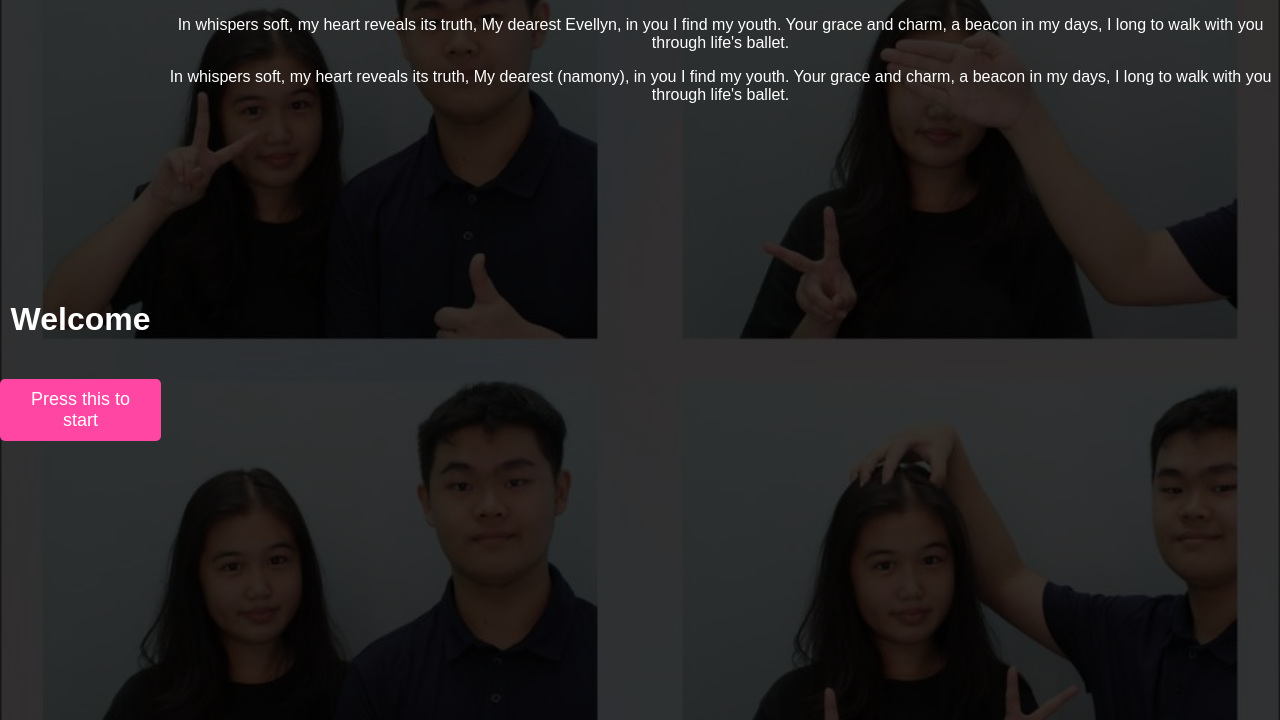
Repository: SnakeXrnt/project-cnf
Page: index.html
These files come from the project's save history. The page is drawn as it stood at one moment and after the next save; the edit follows.
The browser window is 1280 px wide. The pictures show the whole page.
Some web fonts or font styles are not loaded; a fallback is used.

Above is the page before, as saved 2024-06-22 15:49:54.

### index.html
<!DOCTYPE html>
<html lang="en">
<head>
    <meta charset="UTF-8">
    <meta name="viewport" content="width=device-width, initial-scale=1.0">
    <title>This is for u !</title>
    <link rel="apple-touch-icon" sizes="180x180" href="/apple-touch-icon.png">
    <link rel="icon" type="image/png" sizes="32x32" href="/favicon-32x32.png">
    <link rel="icon" type="image/png" sizes="16x16" href="/favicon-16x16.png">
    <link rel="manifest" href="/site.webmanifest">
    <link rel="stylesheet" href="style.css">
    <script src="script.js"></script>
</head>
<body>
    <div class="greetings1">
        <h1>Welcome</h1>
        <button class="to-grettings2">Press this to start</button>
    </div>
    <div class="greetings2" style="display: none;">
        <h1>Hi, Mrs Evellyn Jade!</h1>
        <p>days pass and time flies yet in this moment my heart yearns just to spew its desires and now after all these times i just wanna say...</p>
        <div class="loading-container">
            <div class="loading-bar"></div>
        </div>
    </div>

    <div class="filling" style="display: none;">
        <div class="lyric1"></div>
    </div>

    <div class="filling2" style="display: none;">
        <div class="photos">
            <img src="image/1.jpg" alt="Photoooo" class="photo1">
            <img src="image/2.jpg" alt="Photoooo" class="photo2">
            <img src="image/3.jpg" alt="Photoooo" class="photo3">
            <img src="image/4.jpg" alt="Photoooo" class="photo4">
            <img src="image/5.jpg" alt="Photoooo" class="photo5">
            <img src="image/6.jpg" alt="Photoooo" class="photo6">
            <img src="image/7.jpg" alt="Photoooo" class="photo7">
            <img src="image/8.jpg" alt="Photoooo" class="photo8">
            <img src="image/9.jpg" alt="Photoooo" class="photo9">
            <img src="image/10.jpg" alt="Photoooo" class="photo10">
            <img src="image/11.jpg" alt="Photoooo" class="photo11">
        </div>

        <button class="to-filling3">Are you ready?</button>
    </div>

    <div class="filling3">
        <p>In whispers soft, my heart reveals its truth,
            My dearest Evellyn, in you I find my youth.
            Your grace and charm, a beacon in my days,
            I long to walk with you through life's ballet.</p>

        <p>In whispers soft, my heart reveals its truth,
            My dearest (namony), in you I find my youth.
            Your grace and charm, a beacon in my days,
            I long to walk with you through life's ballet.</p>
    </div>

    <audio id="background-music" src="music.mp3"></audio>
</body>
</html>

### style.css

@import url('https://fonts.googleapis.com/css2?family=Playfair+Display:ital,wght@0,400..900;1,400..900&family=Playwrite+NZ:wght@100..400&display=swap');

// <uniquifier>: Use a unique and descriptive class name
// <weight>: Use a value from 100 to 400

.playwrite-nz-<uniquifier> {
  font-family: "Playwrite NZ", cursive;
  font-optical-sizing: auto;
  font-weight: <weight>;
  font-style: normal;
}

// <uniquifier>: Use a unique and descriptive class name
// <weight>: Use a value from 400 to 900

.playfair-display-<uniquifier> {
  font-family: "Playfair Display", serif;
  font-optical-sizing: auto;
  font-weight: <weight>;
  font-style: normal;
}

body {
    display: flex;
    justify-content: center;

    margin: 0;
    padding: 0;
    font-family: Arial, sans-serif;
    position: relative;
    min-height: 100vh;
    background-color: #000; /* Fallback color */
}

body::before {
    content: "";
    position: absolute;
    top: 0;
    left: 0;
    width: 100%;
    height: 100%;
    background: url('background1.jpg') no-repeat center center fixed;
    background-size: cover;
    opacity: 0.2;
    z-index: -1;
}

.spotify {
    display: flex;
    width: 90%;
    height: auto;
    flex-direction: column;
    justify-content: center;
    align-items: center;
    padding-bottom: 20px;
}

.greetings {
    display: flex;
    justify-content: center;
    align-items: center;
    flex-direction: column;
    height: 100%;
}


button.ready {
    margin-top: 20px;
    background-color: rgb(255, 255, 255);
    color: rgb(0, 0, 0);
    border: none;
    border-radius: 50px;
    padding: 15px 30px;
    font-size: 18px;
    cursor: pointer;
    transition: background-color 0.3s ease;
    outline: none;
    padding-top: 20px;
}

button.ready:hover {
    background-color: #ff69b4;
}

button.ready h2 {
    margin: 0;
    padding: 0;
}

.filling {
    display: flex;
    justify-content: center;
    align-items: center;
    flex-direction: column;
}

.lyric1 {
    display: flex;
    justify-content: center;
    align-items: center;
    flex-direction: column;
    font-size: 24px;
    color: #333;
    margin: 10px 0;
}

.lyric1 p {
    margin: 10px;
    text-align: center;
}

.fade-in {
    opacity: 0;
    animation: fadeIn 2s forwards;
}

@keyframes fadeIn {
    to {
        opacity: 1;
    }
}

.greetings p {
    margin: 2px;
    text-align: center;
}

/* style.css */

.greetings1 {
    display: flex;
    flex-direction: column;
    align-items: center;
    justify-content: center;
    height: 100vh;
    text-align: center;
}

.greetings2 {
    display: flex;
    justify-content: center;
    align-items: center;
    flex-direction: column;
    height: 90vh;
    width: 80vw;
}

.to-grettings2 , .to-grettings3{
    margin-top: 20px;
    padding: 10px 20px;
    font-size: 18px;
    background-color: #ff46a2;
    color: white;
    border: none;
    border-radius: 5px;
    cursor: pointer;
}



.greetings2 p {
    font-family: "Playfair Display", serif;
}

h1, p {
    color: white;
    text-align: center;
}

.waiting-bar {
    width: 80%;
    height: 5px;
    background-color: #ddd;
    margin: 20px auto;
    overflow: hidden;
    position: relative;
}

.waiting-bar .progress {
    height: 100%;
    background-color: #3498db;
    width: 0;
    position: absolute;
    top: 0;
    left: 0;
    transition: width 20s linear;
}

.loading-container {
    width: 200px;
    height: 10px;
    background-color: #f0f0f000;
    border: 1px solid #ccc;
    position: relative;
}

.loading-bar {
    width: 100%;
    height: 100%;
    background-color: #ffffff;
    position: absolute;
    animation: reduceWidth 20s linear forwards;
}

@keyframes reduceWidth {
    0% {
        width: 100%;
    }
    100% {
        width: 0;
    }
}

/* Hide overflow to prevent horizontal scrollbar */
body {
    overflow-x: hidden;
}

/* Set initial opacity to 0 for all photos */
/* style.css */

/* Other styles... */

.photos img {
    opacity: 0;
    transition: opacity 2s ease;
    width: 70vw;
    height: auto;

}

.photos {
    display: flex;
    justify-content: center;
    flex-direction: column;
    padding-top: 50px;
    padding-bottom: 50px;
}

.filling2 {
    display: flex;
    flex-direction: column;
}

/* Hide overflow to prevent horizontal scrollbar */
body {
    overflow-x: hidden;
}

### script.js
document.addEventListener('DOMContentLoaded', function() {
    const toGreetings2Button = document.querySelector('.to-grettings2');
    const greetings1Div = document.querySelector('.greetings1');
    const greetings2Div = document.querySelector('.greetings2');
    const fillingDiv = document.querySelector('.filling');
    const lyricDiv = document.querySelector('.lyric1');
    const filling2Div = document.querySelector('.filling2');
    const audio = document.getElementById('background-music');
    const progressBar = document.querySelector('.waiting-bar .progress');
    const photos = document.querySelectorAll('.photos img');

    const lyrics = [
        "Heart beats fast",
        "Colors and promises",
        "How to be brave?",
        "How can I love",
        "When I'm afraid to fall?",
        "But watching you stand alone",
        "All of my doubt",
        "Suddenly goes away somehow",
        "One Step Closer"
    ];

    let currentLyricIndex = 0;

    function showNextLyric() {
        if (currentLyricIndex < lyrics.length) {
            const lyricLine = document.createElement('p');
            lyricLine.textContent = lyrics[currentLyricIndex];
            lyricLine.classList.add('fade-in');
            lyricDiv.appendChild(lyricLine);
            currentLyricIndex++;
            setTimeout(showNextLyric, 4000); // Adjust the delay as needed
        }
    }

    function showNextPhoto(index) {
        if (index < photos.length) {
            photos[index].style.opacity = '1';
            setTimeout(function() {
                showNextPhoto(index + 1);
            }, 2000); // Delay for each photo appearance
        }
    }

    function autoScrollFilling2() {
        const scrollStep = 1; // Adjust the scroll step as needed
        const scrollInterval = 20; // Adjust the interval as needed

        function scroll() {
            if (filling2Div.scrollTop < filling2Div.scrollHeight - filling2Div.clientHeight) {
                filling2Div.scrollTop += scrollStep;
                setTimeout(scroll, scrollInterval);
            }
        }
        scroll();
    }

    toGreetings2Button.addEventListener('click', function() {
        greetings1Div.style.display = 'none';
        greetings2Div.style.display = 'flex';
        audio.play();

        // Start the loading bar animation
        if (progressBar) {
            progressBar.style.width = '100%';
        }

        setTimeout(function() {
            console.log('Switching to filling div...');
            if (greetings2Div) {
                greetings2Div.style.display = 'none';
            }
            if (fillingDiv) {
                fillingDiv.style.display = 'flex';
            }
            showNextLyric();

            setTimeout(function() {
                console.log('Switching to filling2 div...');
                if (fillingDiv) {
                    fillingDiv.style.display = 'none';
                }
                if (filling2Div) {
                    filling2Div.style.display = 'flex';
                }
                showNextPhoto(0);
                autoScrollFilling2();
            }, 40000); // Transition to filling2 after 35 seconds
        }, 20000); // Transition to filling after 20 seconds
    });
});

After the next save:
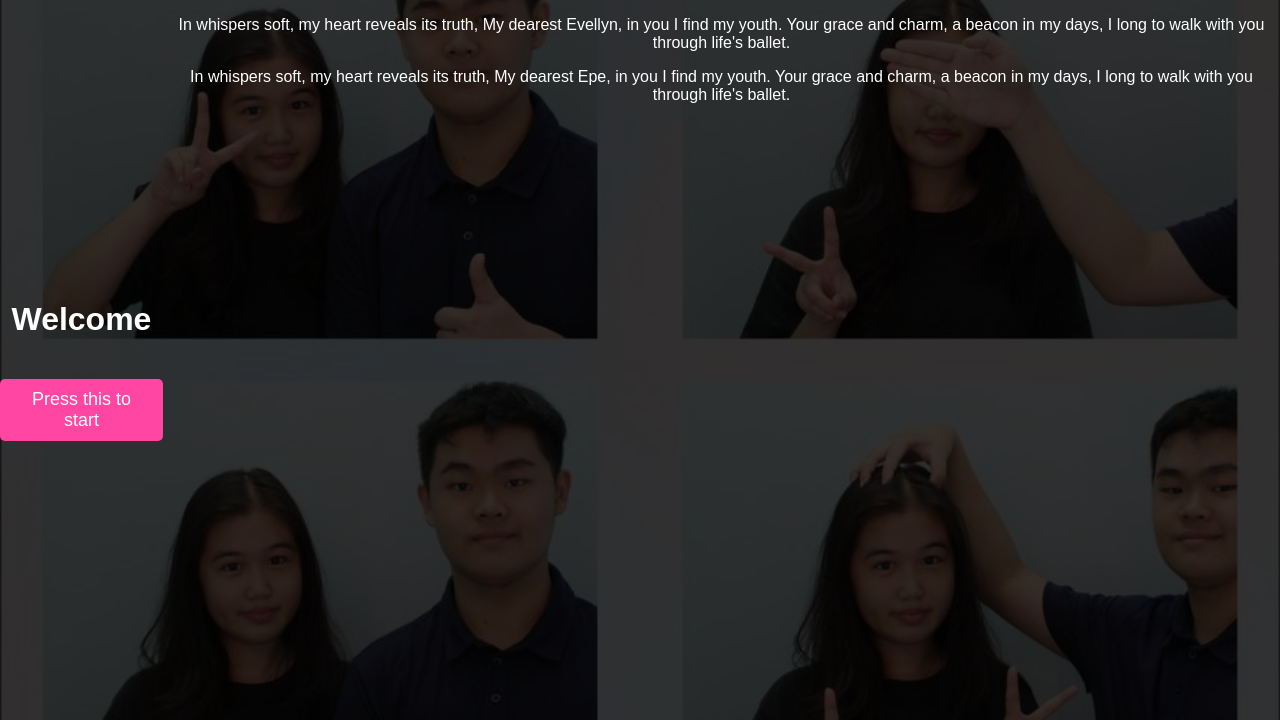
Saved 5 s later.
--- a/index.html
+++ b/index.html
@@ -53,7 +53,7 @@
             I long to walk with you through life's ballet.</p>
 
         <p>In whispers soft, my heart reveals its truth,
-            My dearest (namony), in you I find my youth.
+            My dearest Epe, in you I find my youth.
             Your grace and charm, a beacon in my days,
             I long to walk with you through life's ballet.</p>
     </div>
